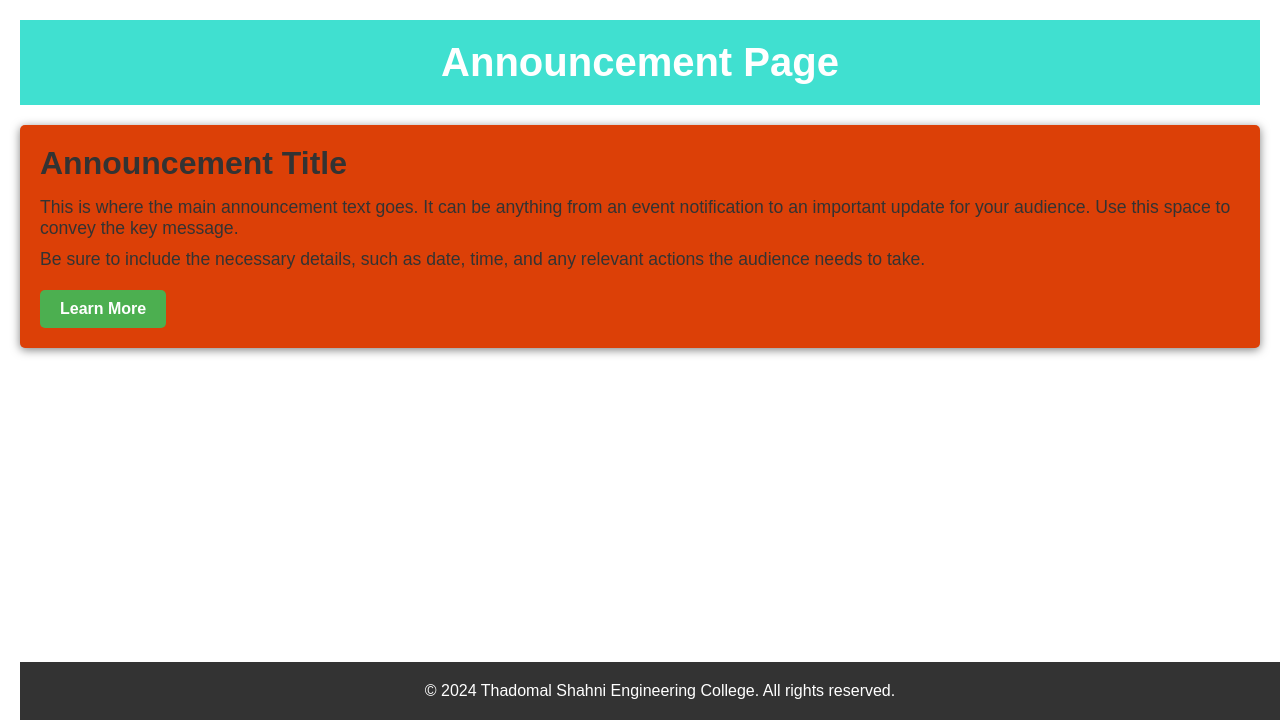
Repository: TejasS1233/MINITHON-hackathon-project
Page: annoucementpage.html
These files come from the project's save history. The page is drawn as it stood at one moment and after the next save; the edit follows.
The browser window is 1280 px wide. The pictures show the whole page.

Above is the page before, as saved 2024-09-20 08:57:14.

### annoucementpage.html
<!DOCTYPE html>
<html lang="en">
<head>
    <meta charset="UTF-8">
    <meta name="viewport" content="width=device-width, initial-scale=1.0">
    <meta http-equiv="X-UA-Compatible" content="ie=edge">
    <title>Announcement Page</title>
    <link rel="stylesheet" href="styles.css">
</head>
<body>
    <header>
        <h1>Announcement Page</h1>
    </header>

    <section class="announcement">
        <h2>Announcement Title</h2>
        <p>
            This is where the main announcement text goes. It can be anything from an event notification to
            an important update for your audience. Use this space to convey the key message.
        </p>
        <p>
            Be sure to include the necessary details, such as date, time, and any relevant actions the
            audience needs to take.
        </p>
        <a href="#" class="cta-button">Learn More</a>
    </section>

    <footer>
        <p>&copy; 2024 Thadomal Shahni Engineering College. All rights reserved.</p>
    </footer>
</body>
</html>

### styles.css
* {
    margin: 0;
    padding: 0;
    box-sizing: border-box;
}

body {
    font-family: 'Arial', sans-serif;
    background-color: white;
    color: #333;
    padding: 20px;
}


header {
    background-color: turquoise;
    color: white;
    padding: 20px 0;
    text-align: center;
    margin-bottom: 20px;
}

header h1 {
    font-size: 2.5em;
}


.announcement {
    background-color: rgb(220, 64, 7);
    padding: 20px;
    border-radius: 5px;
    box-shadow: 0 2px 10px rgba(0, 0, 0, 0.5);
    margin-bottom: 20px;
}

.announcement h2 {
    font-size: 2em;
    margin-bottom: 15px;
}

.announcement p {
    margin-bottom: 10px;
    font-size: 1.1em;
}

.cta-button {
    display: inline-block;
    background-color: #4CAF50;
    color: white;
    padding: 10px 20px;
    text-decoration: none;
    border-radius: 5px;
    margin-top: 10px;
    font-weight: bold;
}

.cta-button:hover {
    background-color: #45a049;
}


footer {
    text-align: center;
    padding: 20px 0;
    background-color: #333;
    color: white;
    position: fixed;
    width: 100%;
    bottom: 0;
}

After the next save:
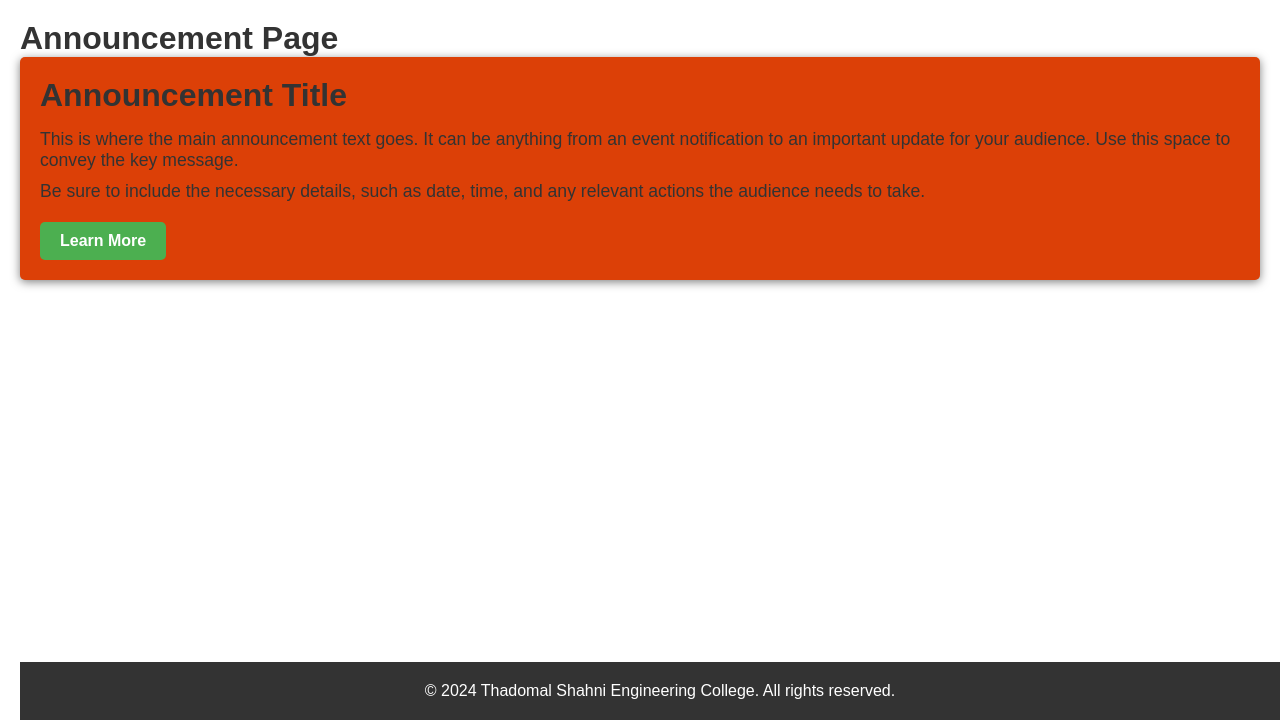
Saved 3 s later.
--- a/annoucementpage.html
+++ b/annoucementpage.html
@@ -8,9 +8,8 @@
     <link rel="stylesheet" href="styles.css">
 </head>
 <body>
-    <header>
+
         <h1>Announcement Page</h1>
-    </header>
 
     <section class="announcement">
         <h2>Announcement Title</h2>
@@ -26,7 +25,7 @@
     </section>
 
     <footer>
-        <p>&copy; 2024 Thadomal Shahni Engineering College. All rights reserved.</p>
+        <p> &copy; 2024 Thadomal Shahni Engineering College. All rights reserved.</p>
     </footer>
 </body>
 </html>
